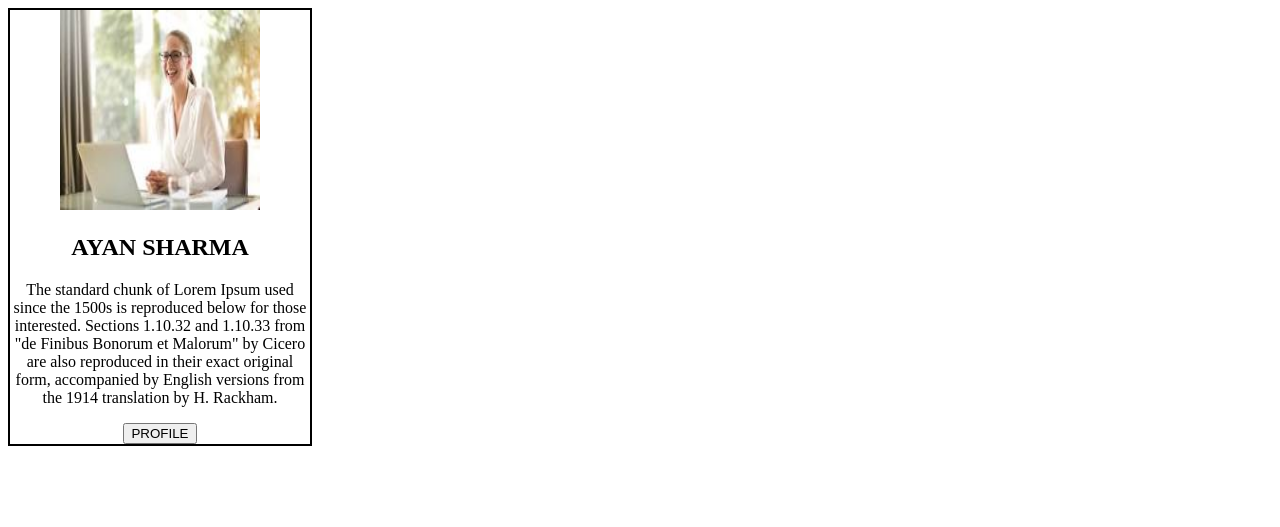
Repository: arindamslt/JEECoding
Page: JEE_FRONTEND/src/main/webapp/08CardCSS.html
These files come from the project's save history. The page is drawn as it stood at one moment and after the next save; the edit follows.
The browser window is 1280 px wide. The pictures show the whole page.

Above is the page before, as saved 2025-07-15 06:00:28.

### JEE_FRONTEND/src/main/webapp/08CardCSS.html
<!DOCTYPE html>
<html>
<head>
<meta charset="ISO-8859-1">
<title>CARD DESIGN</title>
<style>
	#card{
		width: 300px;
		text-align: center;
		border:2px solid black;
	}
</style>
</head>
<body>
	<div id="card">
<img src="data:[embedded picture, 7459 characters]"
width="200px"
height="200px"
alt="NO IMAGE"/>
<h2>AYAN SHARMA</h2>
<p>The standard chunk of Lorem Ipsum used since the 1500s is reproduced below for those interested. Sections 1.10.32 and 1.10.33 from "de Finibus Bonorum et Malorum" by Cicero are also reproduced in their exact original form, accompanied by English versions from the 1914 translation by H. Rackham.</p>
<button>PROFILE</button>
</div>
</body>
</html>

After the next save:
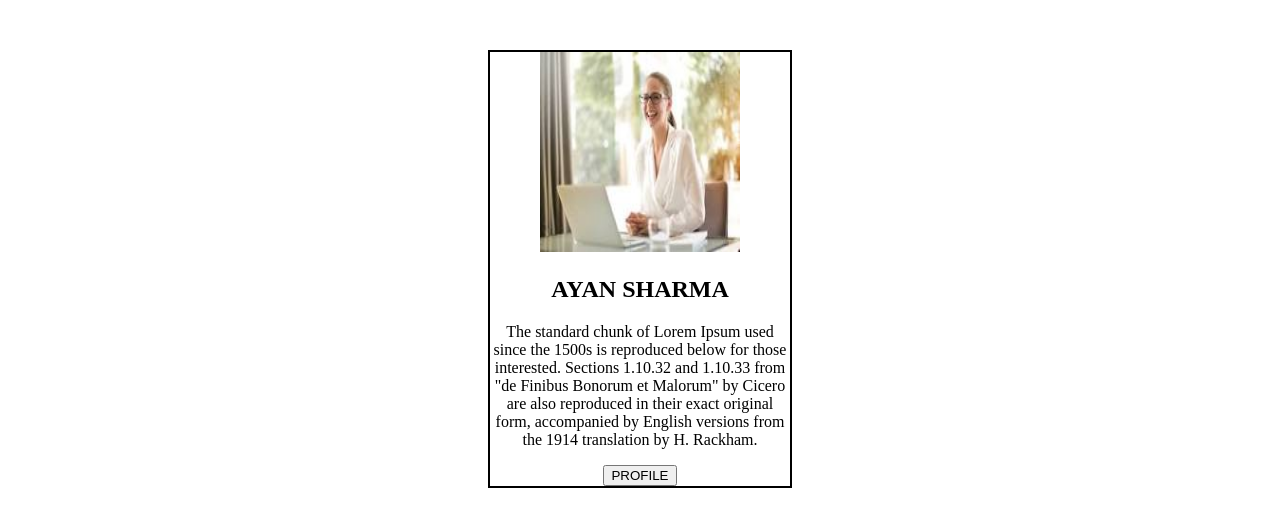
Saved 25 s later.
--- a/JEE_FRONTEND/src/main/webapp/08CardCSS.html
+++ b/JEE_FRONTEND/src/main/webapp/08CardCSS.html
@@ -8,6 +8,7 @@
 		width: 300px;
 		text-align: center;
 		border:2px solid black;
+		margin:50px auto;
 	}
 </style>
 </head>
